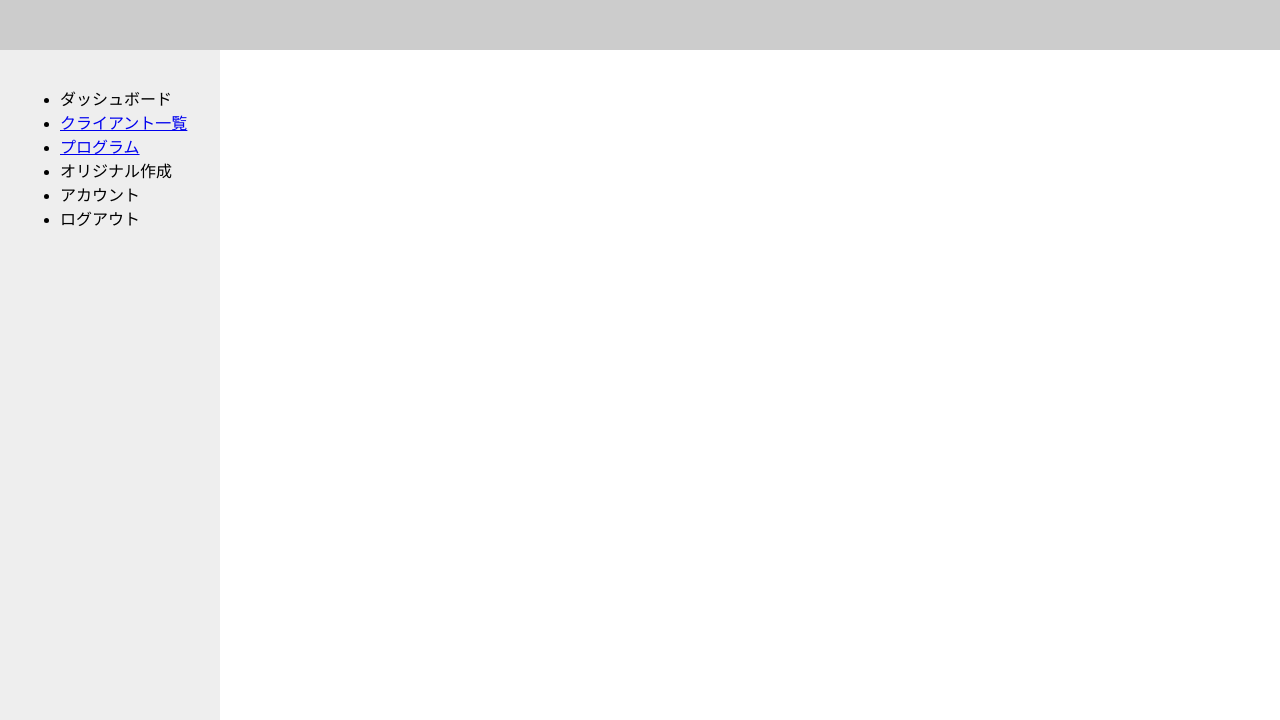
Repository: napi0415/training
Page: http://localhost/adminindex
The author's editor kept a record of every edit. The page is drawn from the files as they stood at one moment, then again after the next edit.
The browser window is 1280 px wide. The pictures show the whole page.
The page is served by the project's Laravel application, run on PHP 8.4 with Laravel 8. A made-up administrator, Test User (test@example.com), is signed in. Queries for data that is not in the repository find no rows.

Above is the page before.

After the next edit:
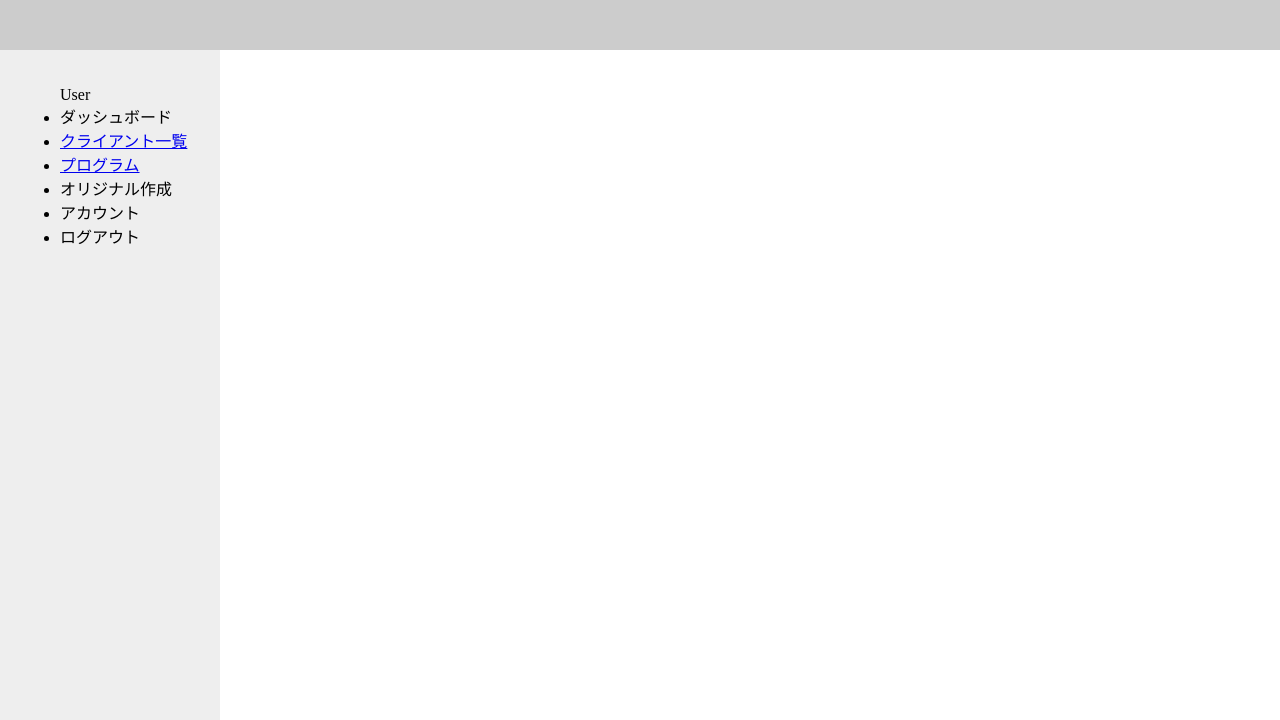
The edit:
--- a/user/resources/views/adminindex.blade.php
+++ b/user/resources/views/adminindex.blade.php
@@ -34,8 +34,7 @@
 
 <aside id="sub">
   <ul>
-    @php auth()->user()->name
-  @endphp
+    {{substr(auth()->user()->name,5,strlen(auth()->user()->name))}}
     <li>ダッシュボード</li>
     <li><a href="/client">クライアント一覧</a></li>
     <li><a href="/proguramu">プログラム</a></li>
